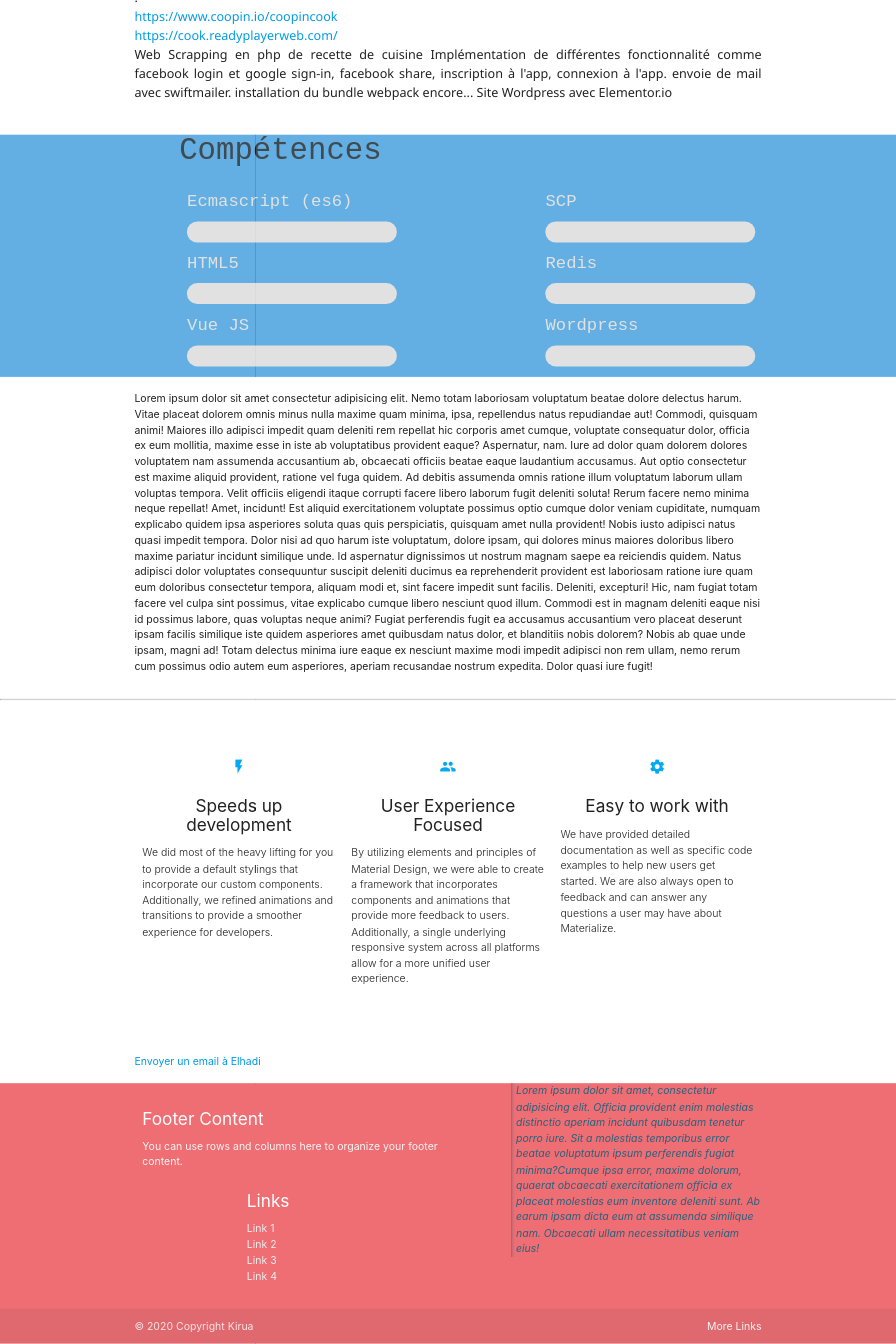
Repository: duncanidaho14/elhad
Page: index.html
These files come from the project's save history. The page is drawn as it stood at one moment and after the next save; the edit follows.
The browser window is 1280 px wide. The pictures show the part of the page from y = 3638 to 5558 px (the page is 5558 px tall), at 70% of full size.

Above is the page before, as saved 2020-10-26 01:53:25.

### index.html
<!DOCTYPE html>
<html lang="fr">
<head>
    <meta charset="UTF-8">
    <meta name="viewport" content="width=device-width, initial-scale=1.0">
    <meta http-equiv="X-UA-Compatible" content="ie=edge">
    <meta name="Description" content="Enter your description here"/>
    <!--Import Google Icon Font-->
    <link href="https://fonts.googleapis.com/icon?family=Material+Icons" rel="stylesheet">
    <!-- Compiled and minified CSS -->
    <link rel="stylesheet" href="https://cdnjs.cloudflare.com/ajax/libs/materialize/1.0.0/css/materialize.min.css">

    <link rel="stylesheet" href="https://cdnjs.cloudflare.com/ajax/libs/font-awesome/5.15.0/css/all.min.css">
    <link rel="stylesheet" href="assets/css/style.css">
    <title>CV Elhadi Beddarem</title>
</head>
<body>


    <header>
        <div class="loader">
            <div class="progress">
                <div class="indeterminate"></div>
            </div>
            <div class="preloader-wrapper big active">
                <div class="spinner-layer spinner-blue-only">
                    <div class="circle-clipper left">
                        <div class="circle"></div>
                    </div>
                    <div class="gap-patch">
                        <div class="circle"></div>
                    </div>
                    <div class="circle-clipper right">
                        <div class="circle"></div>
                    </div>
                </div>
            </div>
            <div class="preloader-wrapper big active">
                <div class="spinner-layer spinner-blue-only">
                    <div class="circle-clipper left">
                        <div class="circle"></div>
                    </div>
                    <div class="gap-patch">
                        <div class="circle"></div>
                    </div>
                    <div class="circle-clipper right">
                        <div class="circle"></div>
                    </div>
                </div>
            </div>
            <div class="pre-loaded">

            </div>
        </div>
        <div class="progress">
            <div class="indeterminate"></div>
        </div>


        <nav>
            <div class="nav-wrapper">
                <a href="#!" class="brand-logo">Logo</a>
                <a href="#" data-target="mobile-demo" class="sidenav-trigger"><i class="material-icons">menu</i></a>
                <ul class="right hide-on-med-and-down">
                    <li><a href="#quisuisje">Qui suis-je ?</a></li>
                    <li><a href="#mestechno">Mes techno</a></li>
                    <li><a href="#parcours">Parcours</a></li>
                    <li><a href="#contact">Contact</a></li>
                </ul>
            </div>
        </nav>

        <ul class="sidenav" id="mobile-demo">
            <li><a href="#quisuisje">Qui suis-je ?</a></li>
            <li><a href="#mestechno">Mes techno</a></li>
            <li><a href="#parcours">Parcours</a></li>
            <li><a href="#contact">Contact</a></li>
        </ul>

        <ul id="slide-out" class="sidenav">
            <li>
                <div class="user-view">
                    <div class="background">
                        <img src="/assets/img/mysql.png" class="circle">
                    </div>
                    <a href="#user"><img class="circle" src="/assets/img/git.png"></a>
                    <a href="#name"><span class="black-text name">Elhadi Beddarem</span></a>
                    <a href="#email"><span class="black-text email">elhadibeddarem@gmail.com</span></a>
                </div>
            </li>
            <li><a href="https://codeintheshell.fr" target="_blank"><i class="material-icons">cloud</i>Autre site : codeintheshell.fr</a></li>
            <li><a href="https://shtex.fr/">Autre site : shtex.fr</a></li>
            <li><a href="http://shtexworld.fr/">Autre site : shtexworld.fr</a></li>
            <li>
                <div class="divider"></div>
            </li>
            <li><a class="subheader">séparateur</a></li>
            <li><a class="waves-effect" href="./assets/img/cvelhadi.pdf" download="cvelhadi">Download CV</a></li>
        </ul>
        <a href="#" data-target="slide-out" class="sidenav-trigger"><i class="material-icons">menu</i></a>
    </header>

    <section class="container-fluid">
        <figure class="row">
            <div class="parallax-container">
                <div class="parallax"><img src="/assets/img/code.jpg"></div>
            </div>
            <div class="section white">
                <div class="row container" id="quisuisje">
                    <h1 class="header">Développeur d'application web et mobile</h1>
                    <p class="grey-text text-darken-3 lighten-3 secondtext">En reconversion professionnelle, autodidacte et passionné.
                        Fort d'une expérience de 4 ans dans le web, j'ai acquis de nombreuses compétences en PHP et JavaScript ...
                    </p>
                    <div class="carousel">
                        <a class="carousel-item" href="#one!"><img src="/assets/img/symfony.png"></a>
                        <a class="carousel-item" href="#two!"><img src="/assets/img/react.png"></a>
                        <a class="carousel-item" href="#three!"><img src="/assets/img/mysql.png"></a>
                        <a class="carousel-item" href="#four!"><img src="/assets/img/git.png"></a>
                        <a class="carousel-item" href="#five!"><img src="/assets/img/javascript.png"></a>
                    </div>
                </div>
            </div>
            <div class="parallax-container">
                <div class="parallax"><img src="/assets/img/code.jpg"></div>
            </div>
        </figure>
    </section>

    <section class="container-fluid section1">
        <article class="row article-progress">
            <div id="mestechno">
                <h2 class="mestechno">Mes Techno</h2>
            </div>
                <div class="col s6">
                    <h5 class="title-five">Symfony</h5>
                    <div class="progress bar up">
                        <div class="determinate symfony" data-done="70">70%</div>
                    </div>
                    <h5 class="title-five">React</h5>
                    <div class="progress bar up">
                        <div class="determinate react" data-done="50">50%</div>
                    </div>
                    <h5 class="title-five">MySQL</h5>
                    <div class="progress bar up">
                        <div class="determinate mysql" data-done="70">70%</div>
                    </div>
                </div>
                <div class="col s6">
                    <h5 class="title-five">PHP</h5>
                    <div class="progress bar up">
                        <div class="determinate php" data-done="70">70%</div>
                    </div>
                    <h5 class="title-five">JavaScript</h5>
                    <div class="progress bar up">
                        <div class="determinate javascript" data-done="70">70%</div>
                    </div>
                    <h5 class="title-five">MongoDB</h5>
                    <div class="progress bar up">
                        <div class="determinate mongodb" data-done="70">70%</div>
                    </div>
                </div>
        </article>
    </section>

    <section class="container citation">
        <article class="row">
            <blockquote>
                <i class="fa fa-quote-left"></i>&nbsp;&nbsp;PME, associations ou particuliers,<br /> je réponds à vos besoins en développement web&nbsp;&nbsp;<i class="fa fa-quote-right"></i>
            </blockquote>
        </article>
    </section>

    <section class="container-fluid section2">
        <article class="row article-progress">
            <h5>Actuellement en recherche active d'alternance</h5>
            <p>Compétences supplémentaires</p>
                <div class="col s6">
                    <h5 class="title-five">Git, Git flow</h5>
                    <div class="progress bar up">
                        <div class="determinate git" data-done="75">75%</div>
                    </div>
                    <h5 class="title-five">CSS3, SASS</h5>
                    <div class="progress bar up">
                        <div class="determinate sass" data-done="70">70%</div>
                    </div>
                    <h5 class="title-five">Bootstrap, Materialize</h5>
                    <div class="progress bar up">
                        <div class="determinate bootstrap" data-done="90">90%</div>
                    </div>
                </div>
                <div class="col s6">
                    <h5 class="title-five">Design Pattern</h5>
                    <div class="progress bar up">
                        <div class="determinate patern" data-done="70">70%</div>
                    </div>
                    <h5 class="title-five">Ajax</h5>
                    <div class="progress bar up">
                        <div class="determinate ajax" data-done="70">70%</div>
                    </div>
                    <h5 class="title-five">SSH</h5>
                    <div class="progress bar up">
                        <div class="determinate ssh" data-done="70">70%</div>
                    </div>
                </div>
        </article>
    </section>
    <section class="container services" id="parcours">
        <article class="row">
            <h3>Mon parcours de développeur web</h3>
            <p>En 2017, j'ai travaillé chez FTL Express, une société chinoise de logistique de livraison de colis.
            Nous avions pour projet une application d'impression de timbres postaux.
            Le but étant de facilité l'envoie de colis postaux vers la chine pour les personnes chinoises vivant en France. Ceux là leur simplifie  la vie puisqu'il n'ont pas
            à faire la queue à la poste pour l'envoie de leur colis.
            Coté front nous avons utilisé Vue JS et coté back Java. En temps que développeur front-end je suis responsable de la qualité de mon code</p>

            <p>En 2018, j'ai travaillé pour la société Azzerisk Advantage basée à saint Mandé. AZZERISK Advantage est un cabinet indépendant et international proposant
            des solutions complètes en risk management. <br>
                    -         Installation de Cassandra sous windows 10<br>
                    -         Ajout de nouvelles règles de gestion<br>
                    -         Stockage en base de données NoSQL (Cassandra)<br>
                    -         Maintenance évolutive et corrective sur un logiciel de comparaison de stratégie de risk. <br>
                    -         Mise en forme de l’application grâce au flexbox<br>
                    Environnement technique : AngularJS, Oracle, Cassandra, REST, Elasticsearch
            </p>

            <p>En 2019, J'ai travaillé sur des projets personnels</p>
            <p>En 2020, Développeur fullstack d'une application de calcul du nutriscore avec une solution Symfony (twig) :
                <br>
                <a href="https://www.coopin.io/coopincook" target="_blank" rel="noopener noreferrer">https://www.coopin.io/coopincook</a>
                <br>
                <a href="https://cook.readyplayerweb.com/" target="_blank" rel="noopener noreferrer">https://cook.readyplayerweb.com/</a>
                <br>
                Web Scrapping en php de recette de cuisine
                Implémentation de différentes fonctionnalité comme
                facebook login et google sign-in, facebook share,
                inscription à l'app, connexion à l'app. envoie de mail avec
                swiftmailer. installation du bundle webpack encore...
                Site Wordpress avec Elementor.io
            </p>
        </article>
    </section>

    <section class="container-fluid section3">
        <article class="row article-progress">
            <h3>Compétences</h3>
            <div class="col s6">
                <h5 class="title-five">Ecmascript (es6)</h5>
                <div class="progress bar up">
                    <div class="determinate ecmascript" data-done="80">80%</div>
                </div>
                <h5 class="title-five">HTML5</h5>
                <div class="progress bar up">
                    <div class="determinate html" data-done="90">90%</div>
                </div>
                <h5 class="title-five">Vue JS</h5>
                <div class="progress bar up">
                    <div class="determinate vue" data-done="50">50%</div>
                </div>
            </div>
            <div class="col s6">
                <h5 class="title-five">SCP</h5>
                <div class="progress bar up">
                    <div class="determinate scp" data-done="70">70%</div>
                </div>
                <h5 class="title-five">Redis</h5>
                <div class="progress bar up">
                    <div class="determinate redis" data-done="50">50%</div>
                </div>
                <h5 class="title-five">Wordpress</h5>
                <div class="progress bar up">
                    <div class="determinate wordpress" data-done="85">85%</div>
                </div>
            </div>
        </article>
    </section>
    <section class="container">
        <article class="row">
            <p>Lorem ipsum dolor sit amet consectetur adipisicing elit. Nemo totam laboriosam voluptatum beatae dolore delectus harum. Vitae placeat dolorem omnis minus nulla maxime quam minima, ipsa, repellendus natus repudiandae aut!
            Commodi, quisquam animi! Maiores illo adipisci impedit quam deleniti rem repellat hic corporis amet cumque, voluptate consequatur dolor, officia ex eum mollitia, maxime esse in iste ab voluptatibus provident eaque?
            Aspernatur, nam. Iure ad dolor quam dolorem dolores voluptatem nam assumenda accusantium ab, obcaecati officiis beatae eaque laudantium accusamus. Aut optio consectetur est maxime aliquid provident, ratione vel fuga quidem.
            Ad debitis assumenda omnis ratione illum voluptatum laborum ullam voluptas tempora. Velit officiis eligendi itaque corrupti facere libero laborum fugit deleniti soluta! Rerum facere nemo minima neque repellat! Amet, incidunt!
            Est aliquid exercitationem voluptate possimus optio cumque dolor veniam cupiditate, numquam explicabo quidem ipsa asperiores soluta quas quis perspiciatis, quisquam amet nulla provident! Nobis iusto adipisci natus quasi impedit tempora.
            Dolor nisi ad quo harum iste voluptatum, dolore ipsam, qui dolores minus maiores doloribus libero maxime pariatur incidunt similique unde. Id aspernatur dignissimos ut nostrum magnam saepe ea reiciendis quidem.
            Natus adipisci dolor voluptates consequuntur suscipit deleniti ducimus ea reprehenderit provident est laboriosam ratione iure quam eum doloribus consectetur tempora, aliquam modi et, sint facere impedit sunt facilis. Deleniti, excepturi!
            Hic, nam fugiat totam facere vel culpa sint possimus, vitae explicabo cumque libero nesciunt quod illum. Commodi est in magnam deleniti eaque nisi id possimus labore, quas voluptas neque animi?
            Fugiat perferendis fugit ea accusamus accusantium vero placeat deserunt ipsam facilis similique iste quidem asperiores amet quibusdam natus dolor, et blanditiis nobis dolorem? Nobis ab quae unde ipsam, magni ad!
            Totam delectus minima iure eaque ex nesciunt maxime modi impedit adipisci non rem ullam, nemo rerum cum possimus odio autem eum asperiores, aperiam recusandae nostrum expedita. Dolor quasi iure fugit!</p>
        </article>
    </section>
    <hr>
    <div class="container">
    <div class="section">

    <!--   Icon Section   -->
    <div class="row">
        <div class="col s12 m4">
            <div class="icon-block">
                <h2 class="center light-blue-text"><i class="material-icons">flash_on</i></h2>
                <h5 class="center">Speeds up development</h5>

                <p class="light">We did most of the heavy lifting for you to provide a default stylings that incorporate our custom components. Additionally, we refined animations and transitions to provide a smoother experience for developers.</p>
            </div>
        </div>

        <div class="col s12 m4">
            <div class="icon-block">
                <h2 class="center light-blue-text"><i class="material-icons">group</i></h2>
                <h5 class="center">User Experience Focused</h5>

                <p class="light">By utilizing elements and principles of Material Design, we were able to create a framework that incorporates components and animations that provide more feedback to users. Additionally, a single underlying responsive system across all platforms allow for a more unified user experience.</p>
            </div>
        </div>

        <div class="col s12 m4">
            <div class="icon-block">
                <h2 class="center light-blue-text"><i class="material-icons">settings</i></h2>
                <h5 class="center">Easy to work with</h5>

                <p class="light">We have provided detailed documentation as well as specific code examples to help new users get started. We are also always open to feedback and can answer any questions a user may have about Materialize.</p>
            </div>
        </div>
    </div>

    </div>
    <br><br>
    </div>
    <section class="container">
        <article class="row">
            <a href="mailto:elhadibeddarem@gmail.com">Envoyer un email à Elhadi</a>
        </article>
        <aside class="aside">
            Lorem ipsum dolor sit amet, consectetur adipisicing elit. Officia provident enim molestias distinctio aperiam incidunt quibusdam tenetur porro iure.
            Sit a molestias temporibus error beatae voluptatum ipsum perferendis fugiat minima?Cumque ipsa error, maxime dolorum, quaerat obcaecati exercitationem
            officia ex placeat molestias eum inventore deleniti sunt. Ab earum ipsam dicta eum at assumenda similique nam. Obcaecati ullam necessitatibus veniam eius!
        </aside>
    </section>
    <footer class="page-footer">
        <div class="container">
            <div class="row">
                <div class="col l6 s12">
                    <h5 class="white-text">Footer Content</h5>
                    <p class="grey-text text-lighten-4">You can use rows and columns here to organize your footer content.</p>
                </div>
                <div class="col l4 offset-l2 s12">
                    <h5 class="white-text">Links</h5>
                    <ul>
                        <li><a class="grey-text text-lighten-3" href="#!">Link 1</a></li>
                        <li><a class="grey-text text-lighten-3" href="#!">Link 2</a></li>
                        <li><a class="grey-text text-lighten-3" href="#!">Link 3</a></li>
                        <li><a class="grey-text text-lighten-3" href="#!">Link 4</a></li>
                    </ul>
                </div>
            </div>
        </div>
        <div class="footer-copyright">
            <div class="container">
            © 2020 Copyright Kirua
            <a class="grey-text text-lighten-4 right" href="#!">More Links</a>
            </div>
        </div>
    </footer>

<script src="https://cdnjs.cloudflare.com/ajax/libs/jquery/3.5.1/jquery.min.js"></script>
<script src="https://cdnjs.cloudflare.com/ajax/libs/popper.js/1.16.1/umd/popper.min.js"></script>
<!-- Compiled and minified JavaScript -->
<script src="https://cdnjs.cloudflare.com/ajax/libs/materialize/1.0.0/js/materialize.min.js"></script>
<script src="assets/js/index.js"></script>
</body>
</html>

### assets/css/style.css
.pre-loaded {
    border: 16px solid #f3f3f3;
    /* Light grey */
    border-top: 16px solid #3498db;
    /* Blue */
    border-radius: 50%;
    width: 120px;
    height: 120px;
    animation: spin 2s linear infinite;
}

@keyframes spin {
    0% {
        transform: rotate(0deg);
    }

    100% {
        transform: rotate(360deg);
    }
}

@keyframes slideIn {
  from {
    left: 0%;
    width: 170px;
  }

  to {
    right: 70%;
    width: 170px;
  }
}

.section1 {
    display: none;
}

.section2 {
    display: none;
}

.section3 {
    display: none;
}

.progress {
    background-color: #d8d8d8;
	border-radius: 20px;
	position: relative;
	margin: 15px 0;
	height: 30px;
	width: 300px;
}

.determinate {
    background: linear-gradient(to left, #F2709C, #FF9472);
	box-shadow: 0 3px 3px -5px #F2709C, 0 2px 5px #F2709C;
	border-radius: 20px;
	color: #fff;
	display: flex;
	align-items: center;
	justify-content: center;
	height: 100%;
	width: 0;
	opacity: 0;
	transition: 1s ease 0.3s;
}

.article-progress {
    background-color: #3498db;
    padding-left: 20%;
    font-family: 'Courier New', Courier, monospace;
    font-weight: bolder;
}

@media screen and (max-width: 1040px) {
    .article-progress {
        background-color: #3498db;
        padding-left: 5%;
    }
}

h1.header {
    font-family: Cambria, Cochin, Georgia, Times, 'Times New Roman', serif;
    color: violet;
    text-align: center;
    font-size: 7em;
}

.secondtext {
    font-size: 1.5em;
    text-align: center;
}

h2.mestechno {
    color: black;
   padding-left: 350px  ;

}

.title-five {
    color: #d8d8d8;
}

.citation {
    font-family: 'Franklin Gothic Medium', 'Arial Narrow', Arial, sans-serif;
    text-align: center;
    font-weight: bold;
    font-size: larger;
    border: 2px solid #F2709C;
    border-radius: 10%;

}

.services {
    text-align: justify;
    font-size: larger;
    font-family: 'Segoe UI', Tahoma, Geneva, Verdana, sans-serif;

}

aside {
    width: 40%;
    padding-left: .5rem;
    margin-left: .5rem;
    float: right;
    box-shadow: inset 5px 0 5px -5px #29627e;
    font-style: italic;
    color: #29627e;
}

aside > p {
    margin: .5rem;
}

Loaded but not shown: assets/js/index.js (112 lines, source omitted)

After the next save:
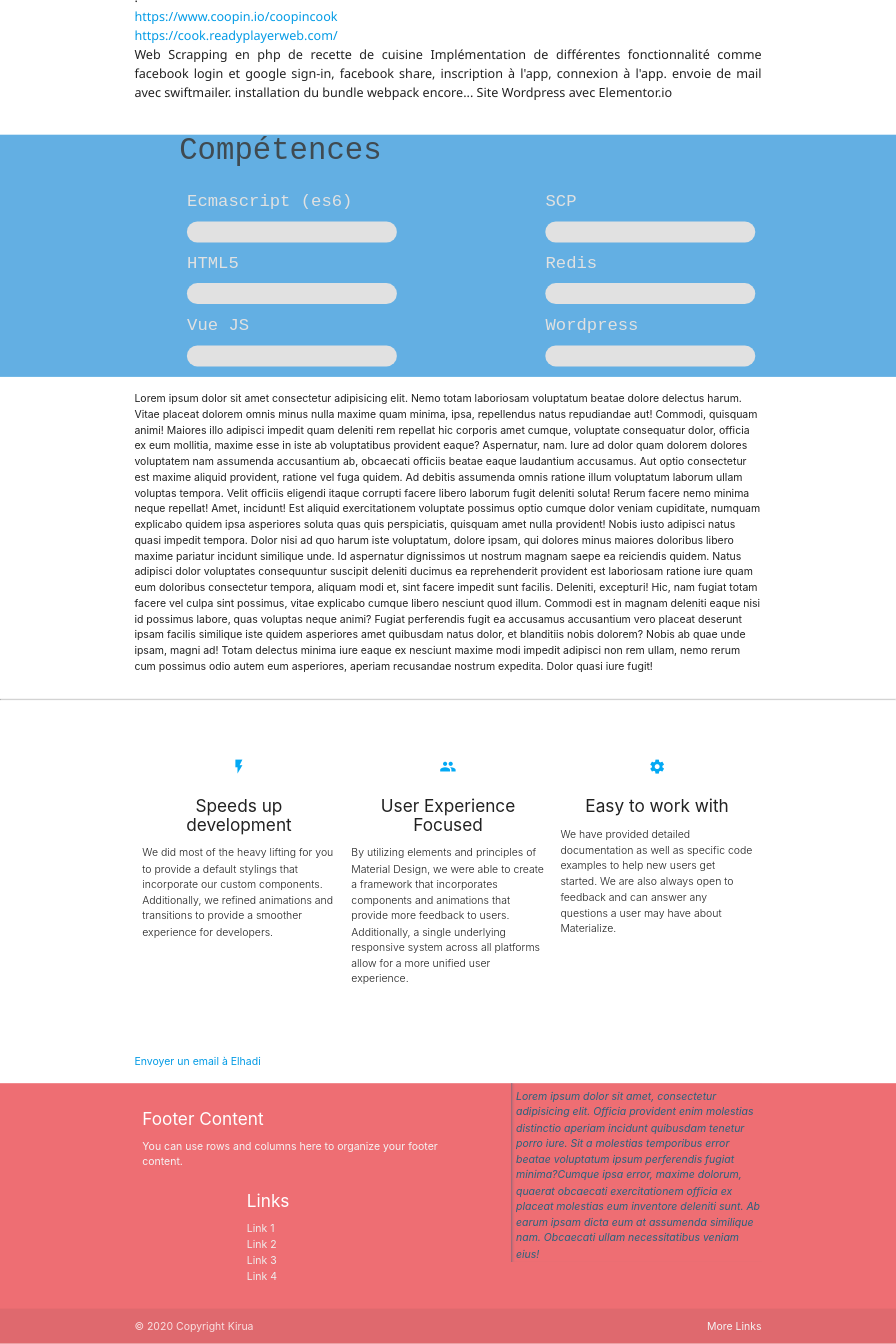
Saved 7 s later.
--- a/index.html
+++ b/index.html
@@ -329,7 +329,7 @@
             <a href="mailto:elhadibeddarem@gmail.com">Envoyer un email à Elhadi</a>
         </article>
         <aside class="aside">
-            Lorem ipsum dolor sit amet, consectetur adipisicing elit. Officia provident enim molestias distinctio aperiam incidunt quibusdam tenetur porro iure.
+            <p></p>Lorem ipsum dolor sit amet, consectetur adipisicing elit. Officia provident enim molestias distinctio aperiam incidunt quibusdam tenetur porro iure.
             Sit a molestias temporibus error beatae voluptatum ipsum perferendis fugiat minima?Cumque ipsa error, maxime dolorum, quaerat obcaecati exercitationem
             officia ex placeat molestias eum inventore deleniti sunt. Ab earum ipsam dicta eum at assumenda similique nam. Obcaecati ullam necessitatibus veniam eius!
         </aside>
